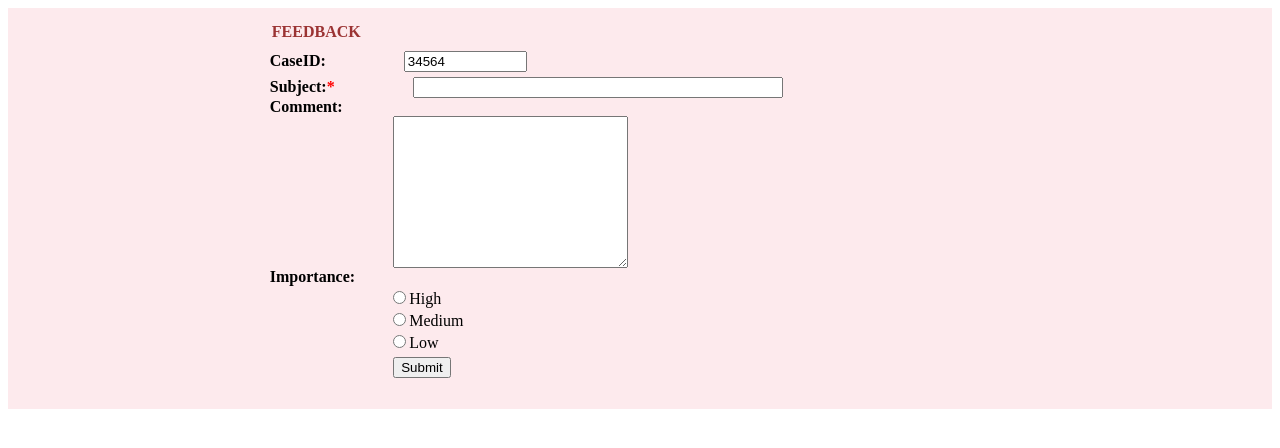
Repository: vRia4/INST728J-Victoria-Nathaniel
Page: Assignments/feedback.html
These files come from the project's save history. The page is drawn as it stood at one moment and after a run of saves; the edit follows.
The browser window is 1280 px wide. The pictures show the whole page.

Above is the page before, as saved 2023-07-25 11:30:47.

### Assignments/feedback.html
<html>
<head>
<title>Feedback</title>
<head>
    <style>
        .wrapper {
            background-color:rgb(253, 234, 237);
            padding: 15px;

        }

        .title {
            color:#9B3333;
            margin-left: 20%;
            margin-bottom: 10px;
            font-weight: bold;
        }

        label {
            margin-left: 20%;
            font-weight: bold;
        }

        input[type="num"] {
            width: 10%;
            margin-left: 6%;
        }

        input[type="class"] {
            width: 30%;
            margin-left: 6%;
            margin-top: 5px;
        }

        textarea {
            width: 19%;
            margin-left: 30%;
            padding: 0px;
        }

        input[type="radio"], input[type="submit"]{
        margin-left: 30%;
        margin-top: 5px;
        }

    </style>
</head>
<body>
    <div class="wrapper">
        <legend class="title">FEEDBACK</legend>

        <form name="myFirstForm" method="post" action="ThankYou.html">
            <label for="caseID" > CaseID: </label>
	        <input type="num" value="34564"><br>

            <label for="subject">Subject:<span style="color: red;">*</label>
            <input type="class" placeholder=" ">

            <div>
                <label for="comment"> Comment: </label> </br>
                <textarea id="comment" name="comment" rows="10" cols="30"></textarea> </br>
            </div>

            <label for="importance"> Importance:</label><br>
            <input type="radio" name="value">High </br>
            <input type="radio" name="value">Medium </br>
            <input type="radio" name="value">Low </br>

            <div>
                <input type="submit" value="Submit">
            </div>
        </form>
    </div>

</body>
</html>

After the next 2 saves:
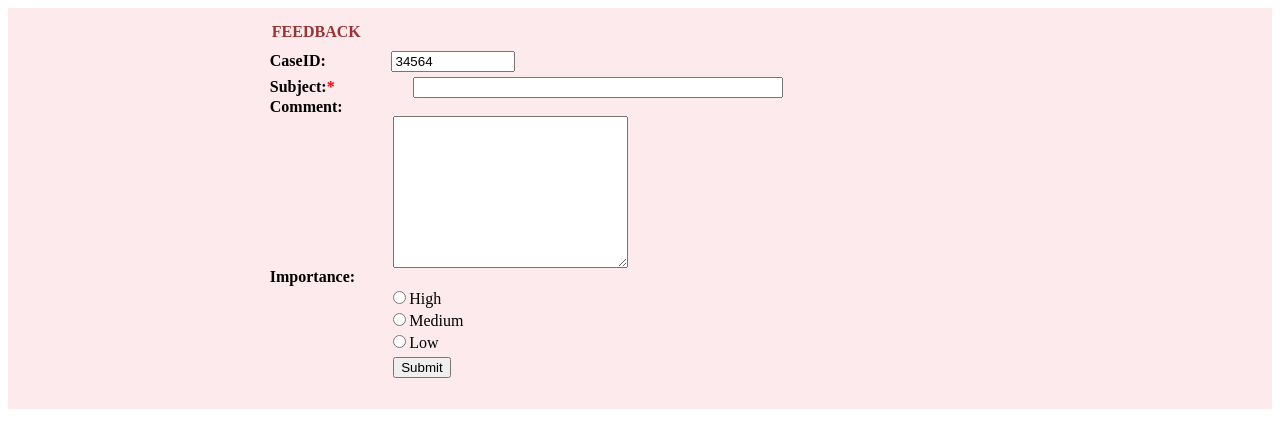
The 2 saves are shown as one change because they came seconds apart.
The last was saved 8 s later.
--- a/Assignments/feedback.html
+++ b/Assignments/feedback.html
@@ -23,7 +23,7 @@
 
         input[type="num"] {
             width: 10%;
-            margin-left: 6%;
+            margin-left: 5%;
         }
 
         input[type="class"] {
